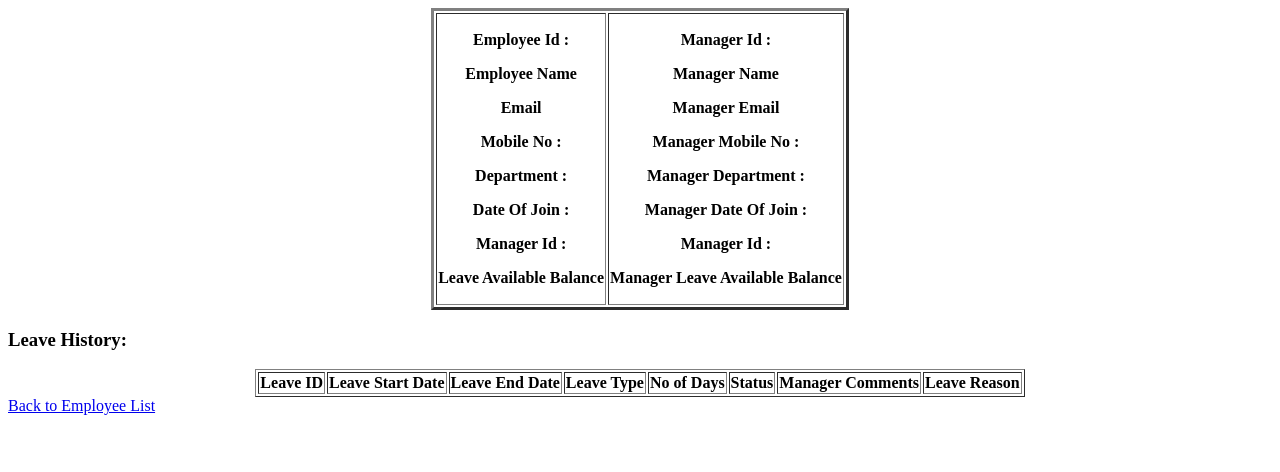
Repository: Guptaji153/Test002
Page: http://localhost/leaveSystem/DashBoard.jsp
An editor plug-in stored every save of this project. The page is shown before and after the next save, followed by the edit.
The browser window is 1280 px wide. The pictures show the whole page.
The page is served by Tomcat 9. Other server files are loaded and not shown. Queries for data that is not in the repository find no rows.

Above is the page before, as saved 2025-05-08 09:28:11.

### Day19/leaveSystem/src/main/webapp/DashBoard.jsp
<%@ page language="java" contentType="text/html; charset=UTF-8"
    pageEncoding="UTF-8"%>

<%@ taglib uri="http://java.sun.com/jsp/jstl/core" prefix="c" %>
<!DOCTYPE html>
<html>
<head>
<meta charset="UTF-8">
<title>Insert title here</title>
</head>
<body>
	<jsp:useBean id="employDao" class="com.java.lms.dao.EmployeeDAOImpl" />
	<c:set var="empId" value="${param.empId}" />
	<c:set var="mgrId" value="${param.mgrId}" />
	<c:set var="myInfo" value="${employDao.searchEmployeeDao(param.empId)}" />
	<c:set var="myManagerInfo" value="${employDao.searchEmployeeDao(param.mgrId)}" />
	<table border="3" align="center">
		<tr>
			<th>
				<p>Employee Id :<b>${myInfo.empId} </b> </p>
				<p>Employee Name <b>${myInfo.empName}</b> </p>
				<p>Email <b>${myInfo.empEmail}</b>
				<p>Mobile No : <b>${myInfo.mobileNo }</b> </p>
				<p>Department : <b>${myInfo.dept}</b> </p>
				<p>Date Of Join :<b>${myInfo.dateOfJoin}</b> </p>
				<p>Manager Id : <b>${myInfo.managerId}</b> </p>
				<p>Leave Available Balance <b>${myInfo.leaveAvail} </b> </p>
			</th>
			<th>
				<p>Manager Id : <b>${myManagerInfo.empId} </b> </p>
				<p>Manager Name <b>${myManagerInfo.empName}</b> </p>
				<p>Manager Email <b>${myManagerInfo.empEmail}</b>
				<p>Manager Mobile No : <b>${myManagerInfo.mobileNo }</b> </p>
				<p>Manager Department : <b>${myManagerInfo.dept}</b> </p>
				<p>Manager Date Of Join :<b>${myManagerInfo.dateOfJoin}</b> </p>
				<p>Manager Id : <b>${myManagerInfo.managerId}</b> </p>
				<p>Manager Leave Available Balance <b>${myManagerInfo.leaveAvail} </b> </p>
			</th>
		</tr>
	</table>


	<!-- Leave History Section -->
    <h3>Leave History:</h3>
    <sql:setDataSource var="conn"
        driver="com.mysql.cj.jdbc.Driver"
        uri="jdbc:mysql://localhost:3306/lms"
        user="root"
        password="root" />


    <sql:query var="leaveHistoryQuery" dataSource="${conn}">

    </sql:query>


    <table border="1" align="center">
        <tr>
            <th>Leave ID</th>
            <th>Leave Start Date</th>
            <th>Leave End Date</th>
            <th>Leave Type</th>
            <th>No of Days</th>
            <th>Status</th>
            <th>Manager Comments</th>
            <th>Leave Reason</th>
        </tr>

        <c:forEach var="history" items="${leaveHistoryQuery.rows}">
            <tr>
                <td>${history.LEAVE_ID}</td>
                <td>${history.LEAVE_START_DATE}</td>
                <td>${history.LEAVE_END_DATE}</td>
                <td>${history.LEAVE_TYPE}</td>
                <td>${history.LEAVE_NO_OF_DAYS}</td>
                <td>${history.LEAVE_STATUS}</td>
                <td>${history.LEAVE_MNGR_COMMENTS}</td>
                <td>${history.LEAVE_REASON}</td>
            </tr>
        </c:forEach>
    </table>


    <a href="EmployShow.jsp">Back to Employee List</a>


</body>
</html>

### Day19/leaveSystem/src/main/java/com/java/lms/dao/EmployeeDAO.java
package com.java.lms.dao;


import java.sql.SQLException;
import java.util.List;

import com.java.lms.model.Employee;

public interface EmployeeDAO {

	List<Employee> showEmployeeDao() throws ClassNotFoundException, SQLException;
	Employee searchEmployeeDao(int empId) throws ClassNotFoundException, SQLException;
}

### Day19/leaveSystem/src/main/java/com/java/lms/dao/EmployeeDAOImpl.java
package com.java.lms.dao;

import java.sql.Connection;
import java.sql.PreparedStatement;
import java.sql.ResultSet;
import java.sql.SQLException;
import java.util.ArrayList;
import java.util.List;
import java.util.Optional;

import com.java.lms.model.Employee;
import com.java.lms.util.ConnectionHelper;

public class EmployeeDAOImpl implements EmployeeDAO {

	Connection connection;
	PreparedStatement pst;
	@Override
	public List<Employee> showEmployeeDao() throws ClassNotFoundException, SQLException {
		connection = ConnectionHelper.getConnection();
		String cmd = "select * from Employee";
		pst = connection.prepareStatement(cmd);
		ResultSet rs = pst.executeQuery();
		Employee employee = null;
		List<Employee> employList = new ArrayList<Employee>();
		while(rs.next()) {
			employee = new Employee();
			employee.setEmpId(rs.getInt("EMP_ID"));
			employee.setEmpName(rs.getString("Emp_Name"));
			employee.setEmpEmail(rs.getString("EMP_MAIL"));
			employee.setDept(rs.getString("EMP_DEPT"));
			employee.setMobileNo(rs.getString("EMP_MOB_NO"));
			employee.setDateOfJoin(rs.getDate("EMP_DT_JOIN"));
			employee.setManagerId(rs.getInt("EMP_MANAGER_ID"));
			employee.setLeaveAvail(rs.getInt("EMP_AVAIL_LEAVE_BAL"));
			employList.add(employee);
		}
		return employList;
	}

	@Override
	public Employee searchEmployeeDao(int empId) throws ClassNotFoundException, SQLException {
		connection = ConnectionHelper.getConnection();
		String cmd = "select * from Employee where EMP_ID=?";
		pst = connection.prepareStatement(cmd);
		pst.setInt(1, empId);
		ResultSet rs = pst.executeQuery();
		Employee employee = null;
		if (rs.next()) {
			employee = new Employee();
			employee.setEmpId(rs.getInt("EMP_ID"));
			employee.setEmpName(rs.getString("Emp_Name"));
			employee.setDept(rs.getString("EMP_DEPT"));
			employee.setEmpEmail(rs.getString("EMP_MAIL"));
			employee.setMobileNo(rs.getString("EMP_MOB_NO"));
			employee.setDateOfJoin(rs.getDate("EMP_DT_JOIN"));
			employee.setManagerId(rs.getInt("EMP_MANAGER_ID"));
			employee.setLeaveAvail(rs.getInt("EMP_AVAIL_LEAVE_BAL"));
		}
		return employee;
	}

}

### Day19/leaveSystem/src/main/java/com/java/lms/model/Employee.java
package com.java.lms.model;

import java.sql.Date;

public class Employee {

	private int empId;
	private String empName;
	private String empEmail;
	private String mobileNo;
	private String dept;
	private Date dateOfJoin;
	private int managerId;
	private int leaveAvail;


	@Override
	public String toString() {
		return "Employee [empId=" + empId + ", empName=" + empName + ", empEmail=" + empEmail + ", mobileNo=" + mobileNo
				+ ", dateOfJoin=" + dateOfJoin + ", managerId=" + managerId + ", leaveAvail=" + leaveAvail + "]";
	}

	public String getDept() {
		return dept;
	}

	public void setDept(String dept) {
		this.dept = dept;
	}


	public int getEmpId() {
		return empId;
	}


	public void setEmpId(int empId) {
		this.empId = empId;
	}


	public String getEmpName() {
		return empName;
	}


	public void setEmpName(String empName) {
		this.empName = empName;
	}


	public String getEmpEmail() {
		return empEmail;
	}


	public void setEmpEmail(String empEmail) {
		this.empEmail = empEmail;
	}


	public String getMobileNo() {
		return mobileNo;
	}


	public void setMobileNo(String mobileNo) {
		this.mobileNo = mobileNo;
	}


	public Date getDateOfJoin() {
		return dateOfJoin;
	}


	public void setDateOfJoin(Date dateOfJoin) {
		this.dateOfJoin = dateOfJoin;
	}


	public int getManagerId() {
		return managerId;
	}


	public void setManagerId(int managerId) {
		this.managerId = managerId;
	}


	public int getLeaveAvail() {
		return leaveAvail;
	}


	public void setLeaveAvail(int leaveAvail) {
		this.leaveAvail = leaveAvail;
	}


	public Employee() {

	}


	public Employee(int empId, String empName, String empEmail, String mobileNo, Date dateOfJoin, int managerId,
			int leaveAvail) {
		this.empId = empId;
		this.empName = empName;
		this.empEmail = empEmail;
		this.mobileNo = mobileNo;
		this.dateOfJoin = dateOfJoin;
		this.managerId = managerId;
		this.leaveAvail = leaveAvail;
	}


}

### Day19/leaveSystem/src/main/java/com/java/lms/util/ConnectionHelper.java
package com.java.lms.util;

import java.sql.Connection;
import java.sql.DriverManager;
import java.sql.SQLException;
import java.util.ResourceBundle;

public class ConnectionHelper {

	public static Connection getConnection() throws ClassNotFoundException, SQLException {
		ResourceBundle rb = ResourceBundle.getBundle("db");
		String driver = rb.getString("driver");
		String url = rb.getString("url");
		String user = rb.getString("user");
		String pwd = rb.getString("password");

		Connection connection = null;
		Class.forName(driver);
		connection = DriverManager.getConnection(url, user, pwd);
		return connection;
	}
}

After the next save:
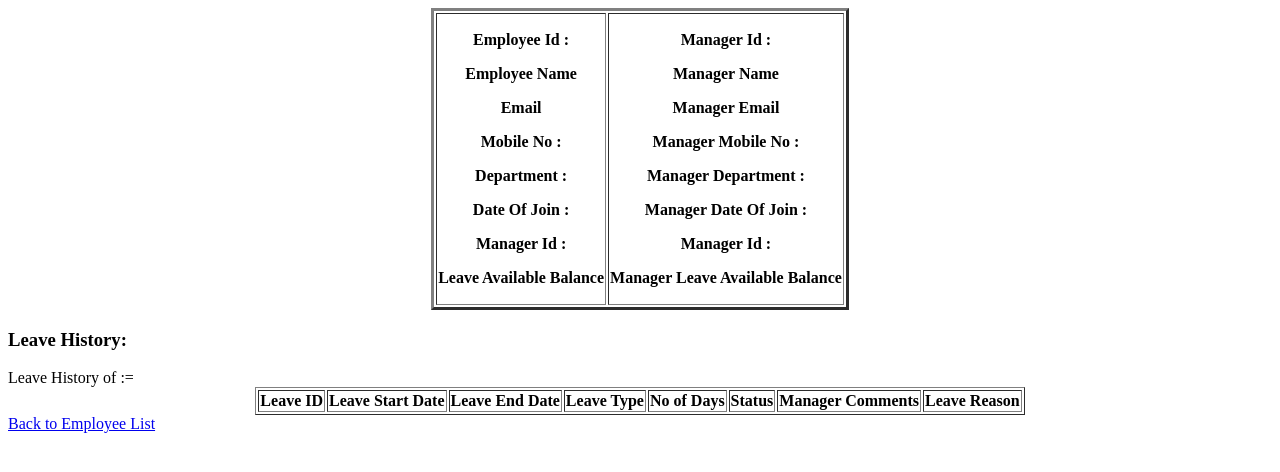
Saved 43 s later.
--- a/Day19/leaveSystem/src/main/webapp/DashBoard.jsp
+++ b/Day19/leaveSystem/src/main/webapp/DashBoard.jsp
@@ -50,7 +50,7 @@
 
 
     <sql:query var="leaveHistoryQuery" dataSource="${conn}">
-
+     Leave History of := ${param.empId}
     </sql:query>
 
 
